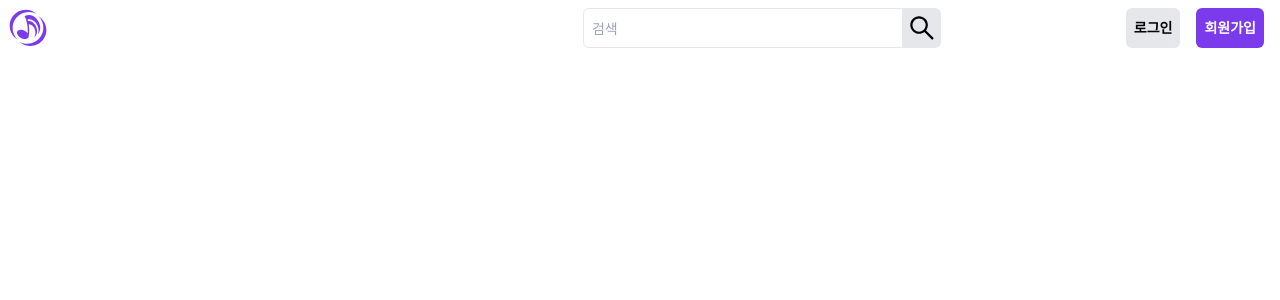
Repository: momo0170/streaming
Page: /
An editor plug-in stored every save of this project. The page is shown before and after the next save, followed by the edit.
The browser window is 1280 px wide. The pictures show the whole page.
The project was rebuilt for these pictures with package versions that can differ from the ones it lists, and the page was loaded fresh each time. Also part of the build but not shown: src/App.css.

Above is the page before, as saved 2023-09-18 15:49:45.

After the next save:
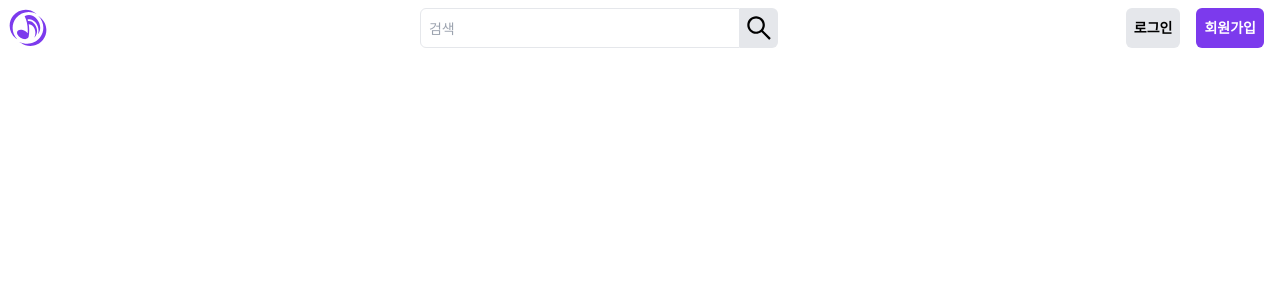
Saved 60 s later.
--- a/src/components/Header.jsx
+++ b/src/components/Header.jsx
@@ -9,7 +9,7 @@ export default function Header() {
       <Link to="/">
         <GiMusicSpell size="40" color="#7c3aed" />
       </Link>
-      <form className="flex transform translate-x-1/2">
+      <form className="flex transform translate-x-4">
         <input
           type="text"
           placeholder="검색"
